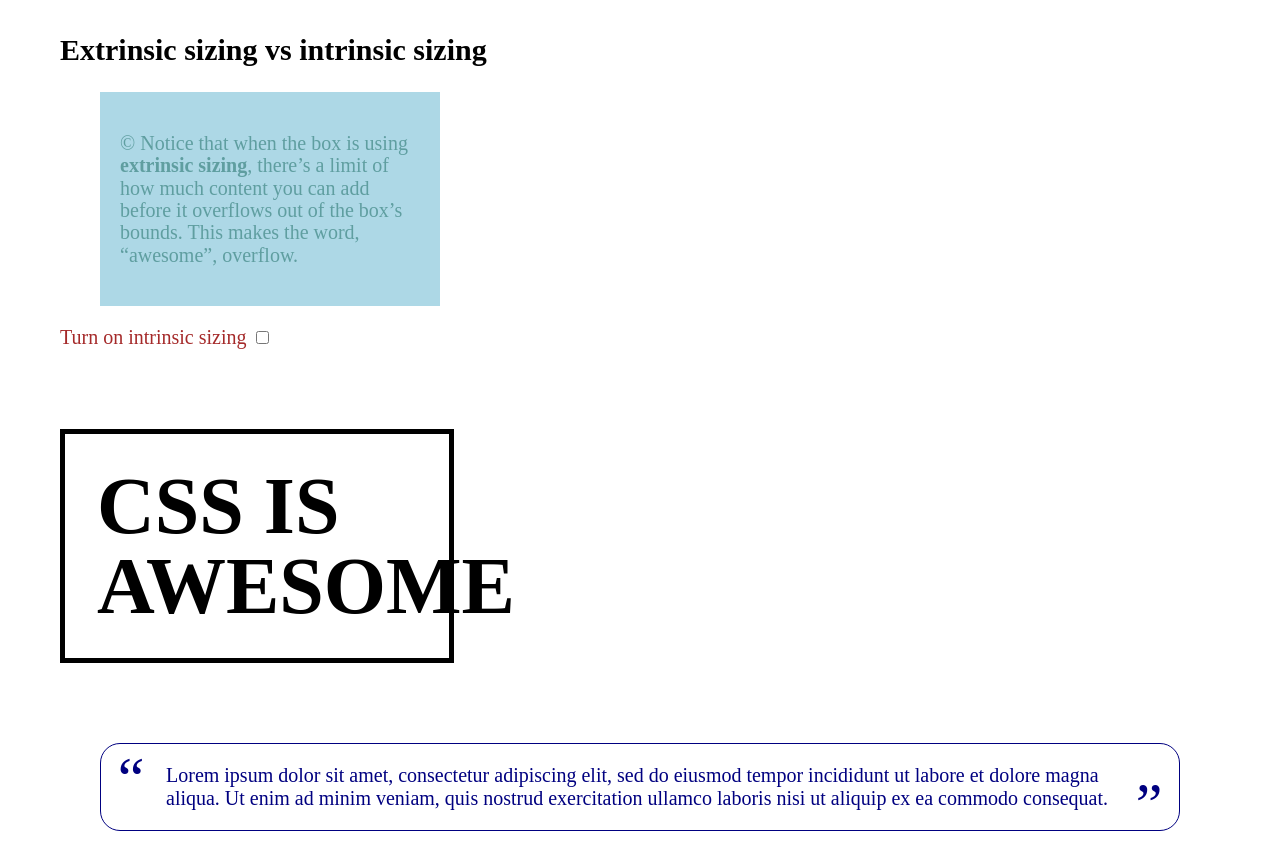
Repository: sristigupta04/basic-js-project
Page: box model/box.html
An editor plug-in stored every save of this project. The page is shown before and after the next save, followed by the edit.
The browser window is 1280 px wide. The pictures show the whole page.

Above is the page before, as saved 2025-11-03 01:13:40.

After the next save:
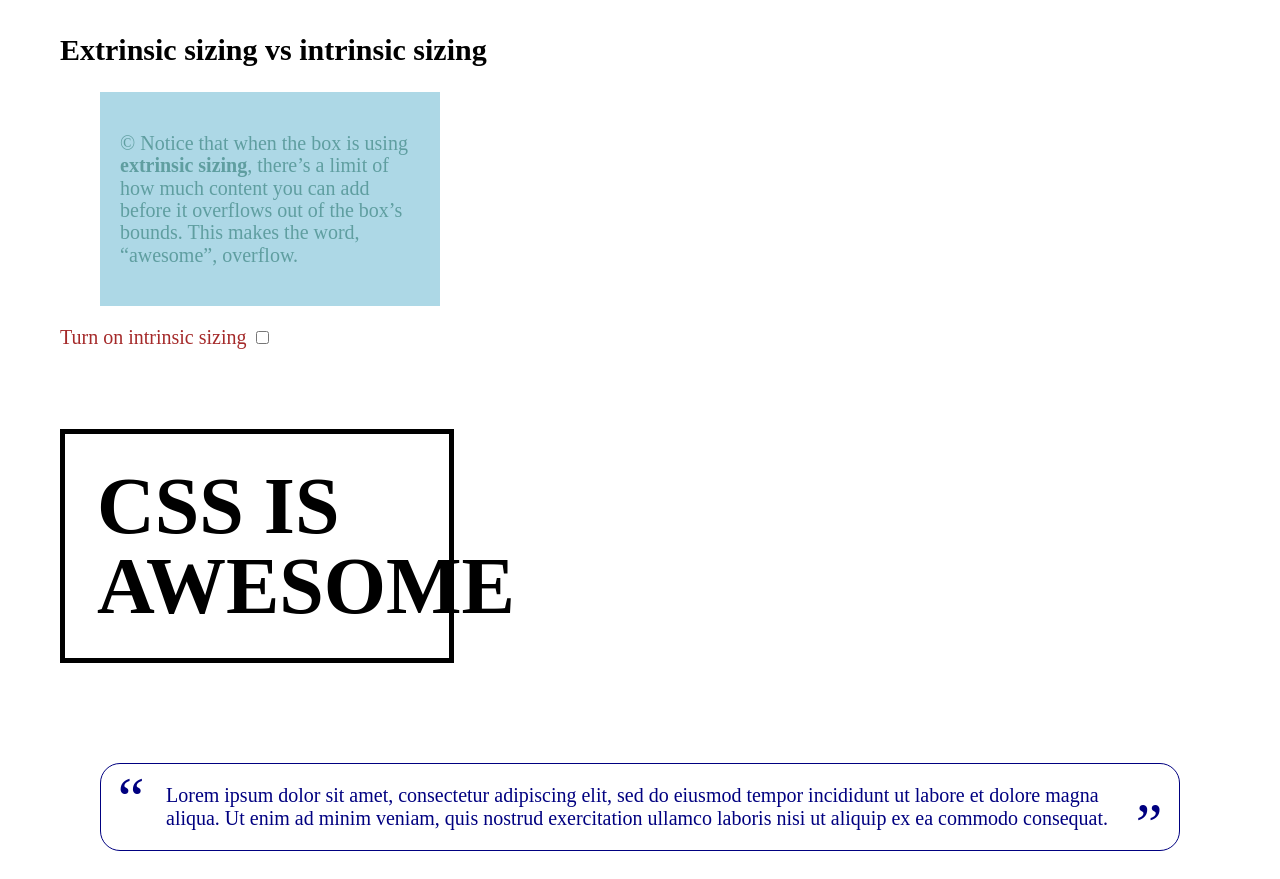
Saved 109 s later.
--- a/box model/box.html
+++ b/box model/box.html
@@ -7,7 +7,7 @@
     <link rel="stylesheet" href="box.css"/>
 </head>
 <body>
-    <main>
+
   <div class="wrapper">
     <article class="flow">
       <h1>Extrinsic sizing vs intrinsic sizing</h1>
@@ -32,6 +32,6 @@
   <blockquote>Lorem ipsum dolor sit amet, consectetur adipiscing elit, sed do eiusmod tempor incididunt ut labore et dolore magna aliqua. Ut enim ad minim veniam, quis nostrud exercitation ullamco laboris nisi ut aliquip ex ea commodo consequat.</blockquote>
 </article>
   <script src="box.js"></script>
-</main>
+
 </body>
 </html>
